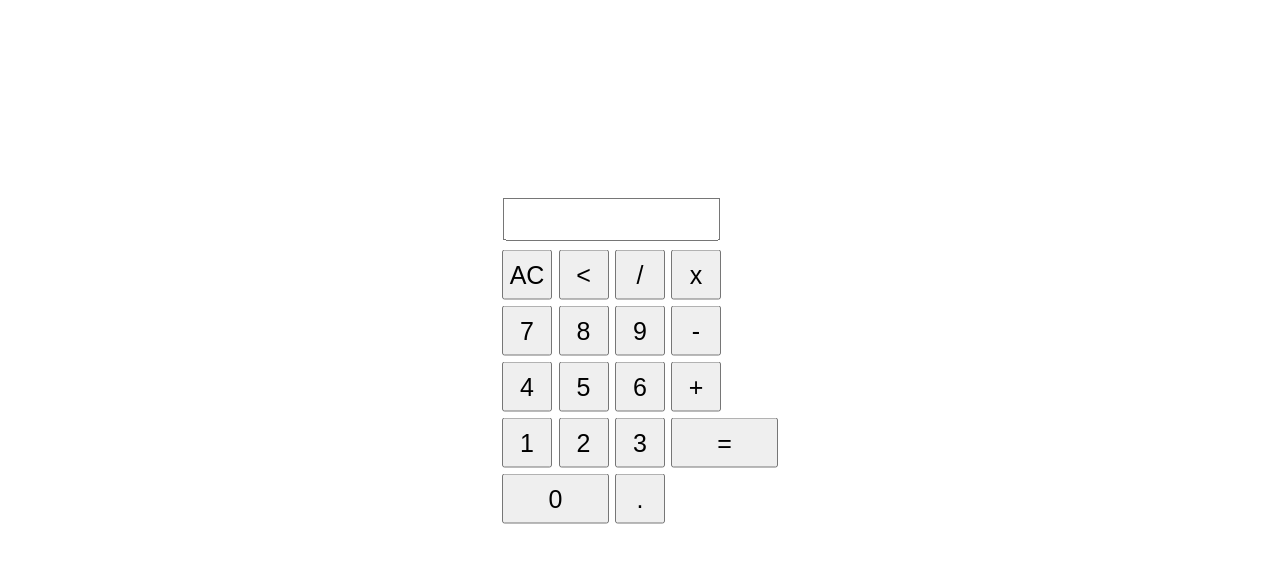
Repository: lacey-crenshaw/calculator
Page: index.html
The author's editor kept a copy of each file at every save. The page is drawn from the files as they stood at one save, then again after the next save.
The browser window is 1280 px wide. The pictures show the whole page.

Above is the page before, as saved 2020-02-14 09:57:12.

After the next save:
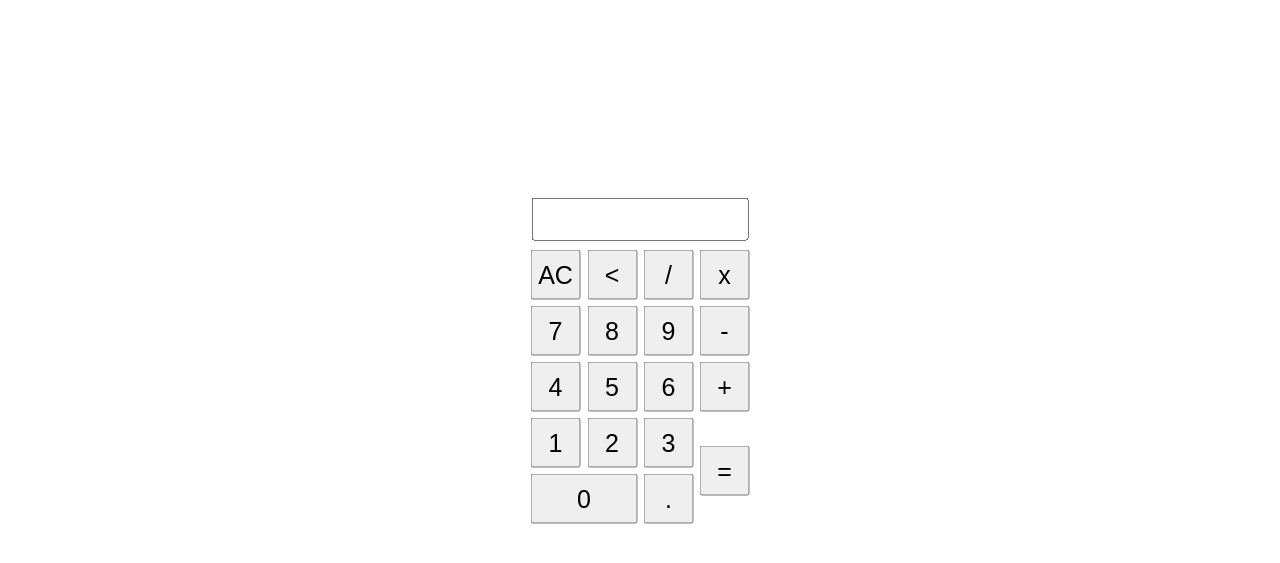
Saved 26 s later.
--- a/index.html
+++ b/index.html
@@ -53,7 +53,7 @@
                 <td><input class="button" type="button" value="1" onclick="insert(1)"> </td>
                 <td><input class="button" type="button" value="2" onclick="insert(2)"> </td>
                 <td><input class="button" type="button" value="3" onclick="insert(3)"> </td>
-                <td colspan="2"><input class="button" id="zero" type="button" value="=" onclick="equal()"></td>
+                <td rowspan="2"><input class="button" id="eq" type="button" value="=" onclick="equal()"></td>
             </tr>
             <tr>
                 <td colspan="2"><input class="button" id="zero" type="button" value="0" onclick="insert(0)">
